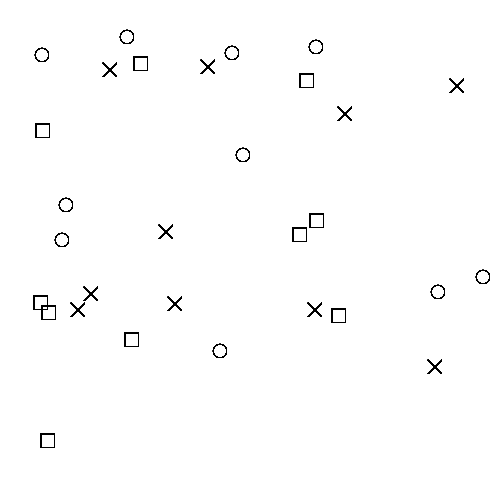
Repository: benceluzsinszky/rock-paper-scissors-simulation-pygame
Script's output: python main.py
An editor plug-in stored every save of this project. The script's output is shown before and after a run of saves, followed by the edit.
The window is shown after at most 60 frames with no key pressed. Random numbers start from a fixed seed. It also reads sprites/paper.png, sprites/rock.png, sprites/scissors.png.

Above is the script's output before, as saved 2023-04-24 21:46:52.

### main.py
import pygame
import sys
import random

from sprites import Sprite


class Game():
    """
    This class initializes the Pygame module and creates the game screen.
    """

    def __init__(self) -> None:
        """
        Initializes Pygame module and creates game screen.
        """
        pygame.init()

        self.clock = pygame.time.Clock()

        pygame.display.set_caption("Rock Paper Scissors")

        self.screen = pygame.display.set_mode((500, 500))

        self.rocks = pygame.sprite.Group()
        self.papers = pygame.sprite.Group()
        self.scissors = pygame.sprite.Group()

        self.sprite_groups = [self.rocks, self.papers, self.scissors]

        self.create_sprites("rock", self.rocks)
        self.create_sprites("paper", self.papers)
        self.create_sprites("scissors", self.scissors)

    def run_game(self):
        """
        Starts the game loop that continues until the user exits the game.
        """
        while True:
            self.check_events()
            self.rocks.sprites()[0].action(self.scissors, self.papers)
            # self.move_sprites(self.rocks, self.scissors, self.papers)
            # self.move_sprites(self.scissors, self.papers, self.rocks)
            # self.move_sprites(self.papers, self.rocks, self.scissors)
            self.check_collisions()
            self.update_screen()
            self.clock.tick(60)

    def update_screen(self):
        """
        Updates the game screen with new information.
        """
        self.screen.fill((255, 255, 255))

        for group in self.sprite_groups:
            for sprite in group:
                sprite.blit_sprite()

        pygame.display.flip()

    def check_events(self):
        """
        Checks for user input events such as key presses or window close events.
        """
        for event in pygame.event.get():
            if event.type == pygame.QUIT:
                pygame.quit()
                sys.exit()
            elif event.type == pygame.KEYDOWN:
                if event.key == pygame.K_ESCAPE:
                    self.running = False

    def collision(self, winner, loser, type):
        collision = pygame.sprite.groupcollide(winner, loser, False, True)

        if collision:
            dead_sprite_rect_x = list(collision.values())[0][0].rect.x
            dead_sprite_rect_y = list(collision.values())[0][0].rect.y
            sprite = Sprite(self, type, (dead_sprite_rect_x, dead_sprite_rect_y))
            winner.add(sprite)

    def check_collisions(self):
        self.collision(self.rocks, self.scissors, "rock")
        self.collision(self.scissors, self.papers, "scissors")
        self.collision(self.papers, self.rocks, "paper")

    # def move_sprites(self, wathced_group, food, enemy):
    #     for sprite in wathced_group:
    #         sprite.action(food, enemy)

    def create_sprites(self, type, group):
        for _ in range(10):
            random_x = random.randint(10, 490)
            random_y = random.randint(10, 490)
            sprite = Sprite(self, type, (random_x, random_y))
            group.add(sprite)


if __name__ == "__main__":
    game = Game()
    game.run_game()

### sprites.py
import pygame
import math

from pygame.sprite import Sprite


class Sprite(Sprite):
    """
    Class that creats a Rock/Papaer/Scissor character.
    """
    def __init__(self, game, character=str, location=tuple) -> None:
        super().__init__()
        self.screen = game.screen
        self.image = pygame.image.load(f"sprites/{character}.png")
        self.image = pygame.transform.scale(self.image, (15, 15))
        self.image.set_colorkey((255, 255, 255))
        self.rect = self.image.get_rect()
        self.rect.x = location[0]
        self.rect.y = location[1]
        self.closest_food = None
        self.closest_food_distance = float("inf")
        self.closest_enemy = None
        self.closest_enemy_distance = float("inf")

    def blit_sprite(self):
        self.screen.blit(self.image, self.rect)

    def get_food_info(self, food):
        for sprite in food:
            distance = math.sqrt(
                (sprite.rect.centerx - self.rect.centerx)**2 + (sprite.rect.centery - self.rect.centery)**2)
            if distance < self.closest_food_distance:
                self.closest_food_distance = distance
                self.closest_food = sprite

    def eat(self, food):
        self.get_food_info(food)
        try:
            direction = pygame.math.Vector2(self.closest_food.rect.center) - pygame.math.Vector2(self.rect.center)
            try:
                direction.normalize_ip()
            except ValueError:
                pass
            if (
                self.rect.top > 0 and
                self.rect.bottom < 500 and
                self.rect.left > 0 and
                self.rect.right < 500
                 ):
                self.rect.move_ip(direction * 2)
        except AttributeError:
            pass

    def get_enemy_info(self, enemy):
        for sprite in enemy:
            distance = math.sqrt((
                sprite.rect[0] - self.rect[1])**2 + (sprite.rect[1] - self.rect[1])**2)
            if distance < self.closest_enemy_distance:
                self.closest_enemy_distance = distance
                self.closest_enemy = sprite

    def run(self, enemy):
        self.get_enemy_info(enemy)
        direction = pygame.math.Vector2(self.closest_enemy.rect.center) - pygame.math.Vector2(self.rect.center)
        try:
            direction.normalize_ip()
        except ValueError:
            pass
        if (
            self.rect.top > 0 and
            self.rect.bottom < 500 and
            self.rect.left > 0 and
            self.rect.right < 500
             ):
            self.rect.move_ip(direction * -2)

    def action(self, food, enemy):
        if self.closest_enemy_distance > self.closest_food_distance:
            self.eat(food)
        else:
            self.run(enemy)

After the next 5 saves:
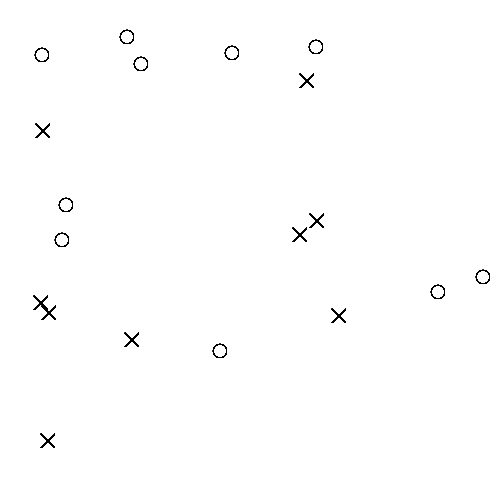
The 5 saves are shown as one change because 3 did not build or start and some came seconds apart.
The last was saved 2 min 40 s later.
--- a/main.py
+++ b/main.py
@@ -29,7 +29,7 @@ class Game():
         self.sprite_groups = [self.rocks, self.papers, self.scissors]
 
         self.create_sprites("rock", self.rocks)
-        self.create_sprites("paper", self.papers)
+        # self.create_sprites("paper", self.papers)
         self.create_sprites("scissors", self.scissors)
 
     def run_game(self):
@@ -38,7 +38,7 @@ class Game():
         """
         while True:
             self.check_events()
-            self.rocks.sprites()[0].action(self.scissors, self.papers)
+            self.rocks.sprites()[0].eat(self.scissors)
             # self.move_sprites(self.rocks, self.scissors, self.papers)
             # self.move_sprites(self.scissors, self.papers, self.rocks)
             # self.move_sprites(self.papers, self.rocks, self.scissors)
